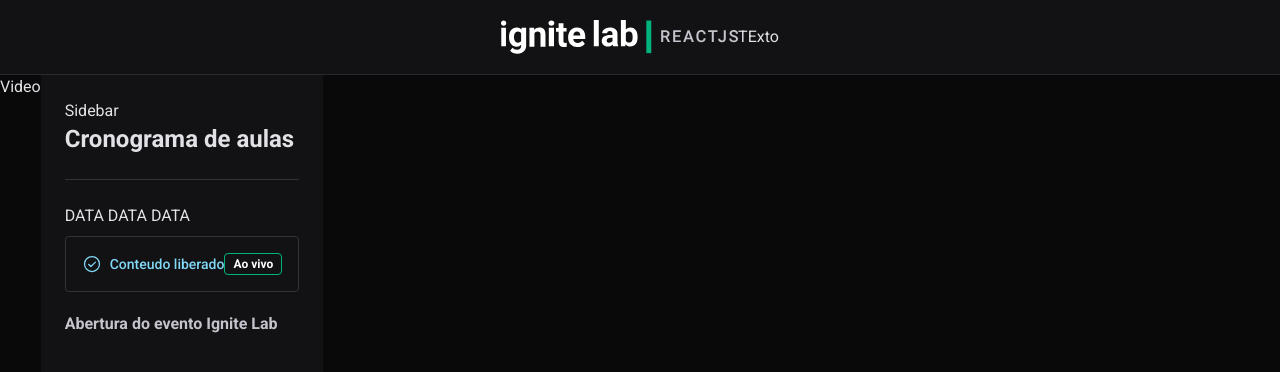
Repository: weltergab/Event_Plataform-IgniteLab
Page: /
These files come from the project's save history. The page is drawn as it stood at one moment and after the next save; the edit follows.
The browser window is 1280 px wide. The pictures show the whole page.
The page's requests for data from a server got no answer. The project was rebuilt for these pictures with package versions that can differ from the ones it lists, and the page was loaded fresh each time. No one was signed in, and anything a server would have sent is missing. Also part of the build but not shown: vite.config.ts.

Above is the page before, as saved 2022-06-24 17:02:42.

After the next save:
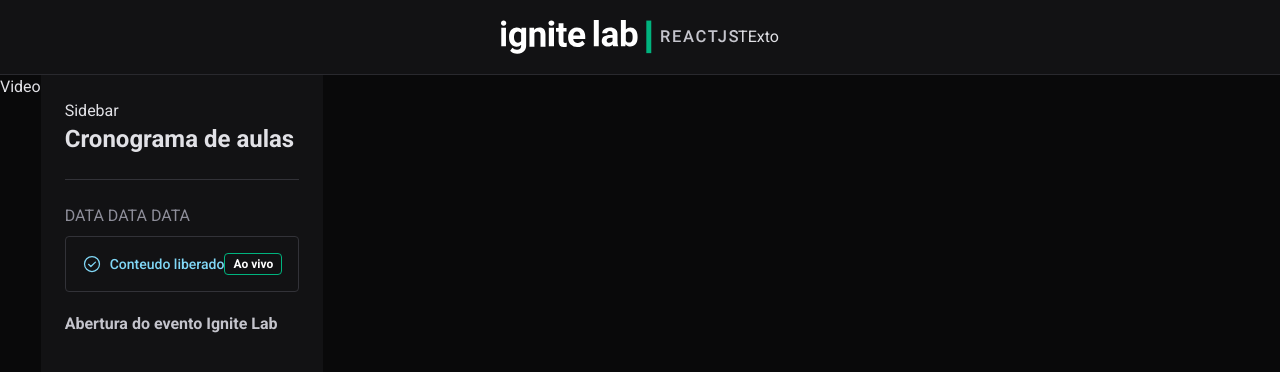
Saved 77 s later.
--- a/src/components/Lesson.tsx
+++ b/src/components/Lesson.tsx
@@ -3,7 +3,7 @@
 export function Lesson() {
     return (
         <a href="#">
-            <span>
+            <span className='text-gray-300'>
                 DATA DATA DATA
             </span>
 
